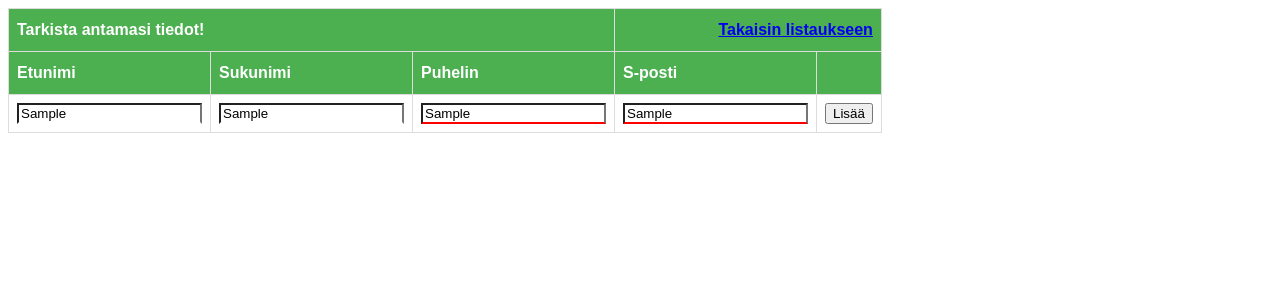
Repository: Lateh13/Asiakkaat
Page: http://localhost/Asiakkaat/lisaaasiakas.jsp
An editor plug-in stored every save of this project. The page is shown before and after the next save, followed by the edit.
The browser window is 1280 px wide. The pictures show the whole page.
Empty fields were first filled with sample values (such as "Sample", 5 or name@example.com).
After loading, the first visible `#tallenna` was clicked once.
The page is served by Tomcat 9.

Above is the page before, as saved 2020-05-16 20:57:21.

After the next save:
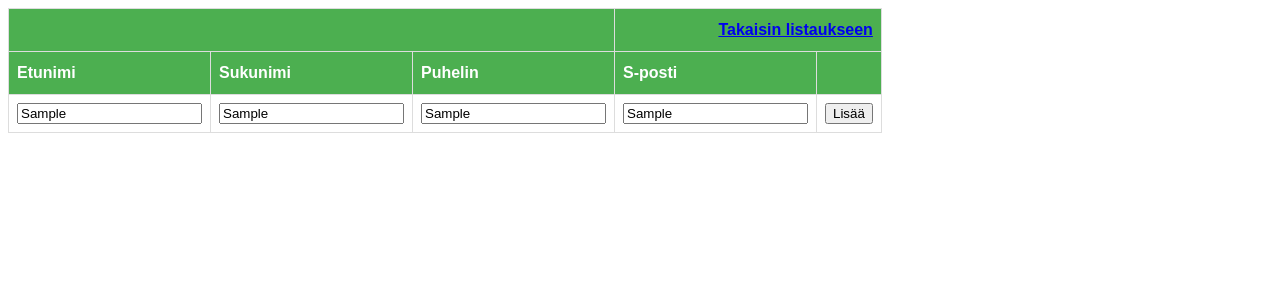
Console error: SyntaxError: Unexpected end of input
Saved 20 min 40 s later.
--- a/Asiakkaat/WebContent/lisaaasiakas.jsp
+++ b/Asiakkaat/WebContent/lisaaasiakas.jsp
@@ -44,7 +44,23 @@
 }
 
 function lisaaAsiakas() {
-	validate();
+	var tarkistus = validate();
+	if (tarkistus == true) {
+		var formJsonStr=formDataToJSON(document.getElementById("tiedot"));
+		fetch("asiakkaat", {method: 'POST', body: formJsonStr})
+		.then(function (response) {
+			return response.json()
+		})
+		.then(function (responseJson) {
+			var vastaus = responseJson.response;
+		if (vastaus == 0) {
+			document.getElementById("ilmoitus").innerHTML = "Asiakkaan lisääminen epäonnistui!";
+		} else if (vastaus == 1) {
+			document.getElementById("ilmoitus").innerHTML = "Asiakkaan lisääminen onnistui"
+		}
+		SetTimeout(function(){ document.getElementById("ilmoitus").innerHTML=""; }, 5000);
+	});
+	document.getElementById("tiedot").reset();
 }
 
 function validate() {
@@ -88,9 +104,10 @@
 	}
 	if (laskuri == 1) {
 		document.getElementById("ilmoitus").innerHTML = ilmoitus;
-		return;
+		return false;
 	} else if (laskuri > 1) {
 		document.getElementById("ilmoitus").innerHTML = "Tarkista antamasi tiedot!";
+		return false;
 	}
 	return true;
 }
@@ -101,17 +118,5 @@
 	document.getElementById("puhelin").style.borderBottomColor = "transparent";
 	document.getElementById("sposti").style.borderBottomColor = "transparent";
 }
-
-function lisaaTiedot() {
-	var formJsonStr = formDataJsonStr($("#tiedot").serializeArray());
-	$.ajax({url:"asiakkaat", data:formJsonStr, type:"POST", dataType:"json", success:function(result) {
-		if (result.response == 0) {
-			$("#ilmoitus").html("Asiakkaan lisääminen epäonnistui");
-		} else if (result.response == 1) {
-			$("#ilmoitus").html("Asiakkaan lisääminen onnistui");
-			$("#etunimi", "#sukunimi", "#puhelin", "#sposti").val("");
-		}
-	}});
-}
 </script>
 </html>

After the 2 saves that followed:
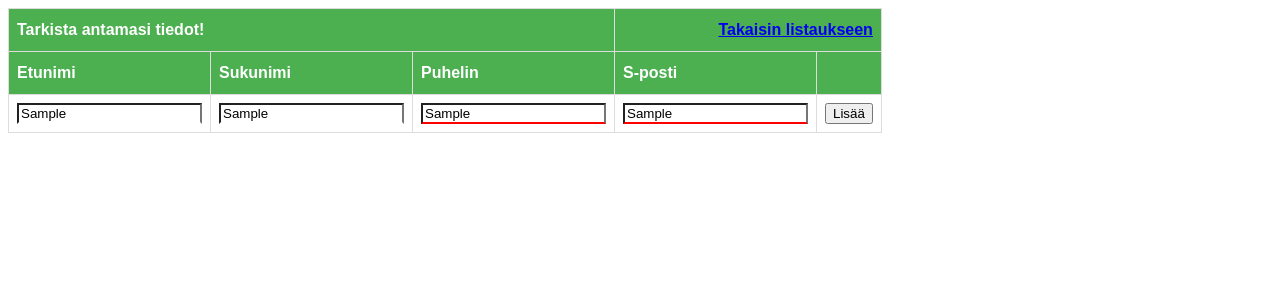
The error is gone.
The 2 saves are shown as one change because 1 left the picture as it was.
The last was saved 10 min 37 s later.
--- a/Asiakkaat/WebContent/lisaaasiakas.jsp
+++ b/Asiakkaat/WebContent/lisaaasiakas.jsp
@@ -8,7 +8,7 @@
 <link rel="stylesheet" type="text/css" href="css/main.css">
 <title>Asiakkaan lisäys</title>
 </head>
-<body onkeydown = "etsi(event)">
+<body onkeydown = "lisaa(event)">
 <form id="tiedot">
 	<table>
 		<thead>
@@ -37,7 +37,7 @@
 </form>
 </body>
 <script>
-function etsi(event) {
+function lisaa(event) {
 	if(event.keyCode == 13) {
 		lisaaAsiakas();
 	}
@@ -59,8 +59,9 @@
 			document.getElementById("ilmoitus").innerHTML = "Asiakkaan lisääminen onnistui"
 		}
 		SetTimeout(function(){ document.getElementById("ilmoitus").innerHTML=""; }, 5000);
-	});
-	document.getElementById("tiedot").reset();
+		});
+		document.getElementById("tiedot").reset();
+	}
 }
 
 function validate() {
